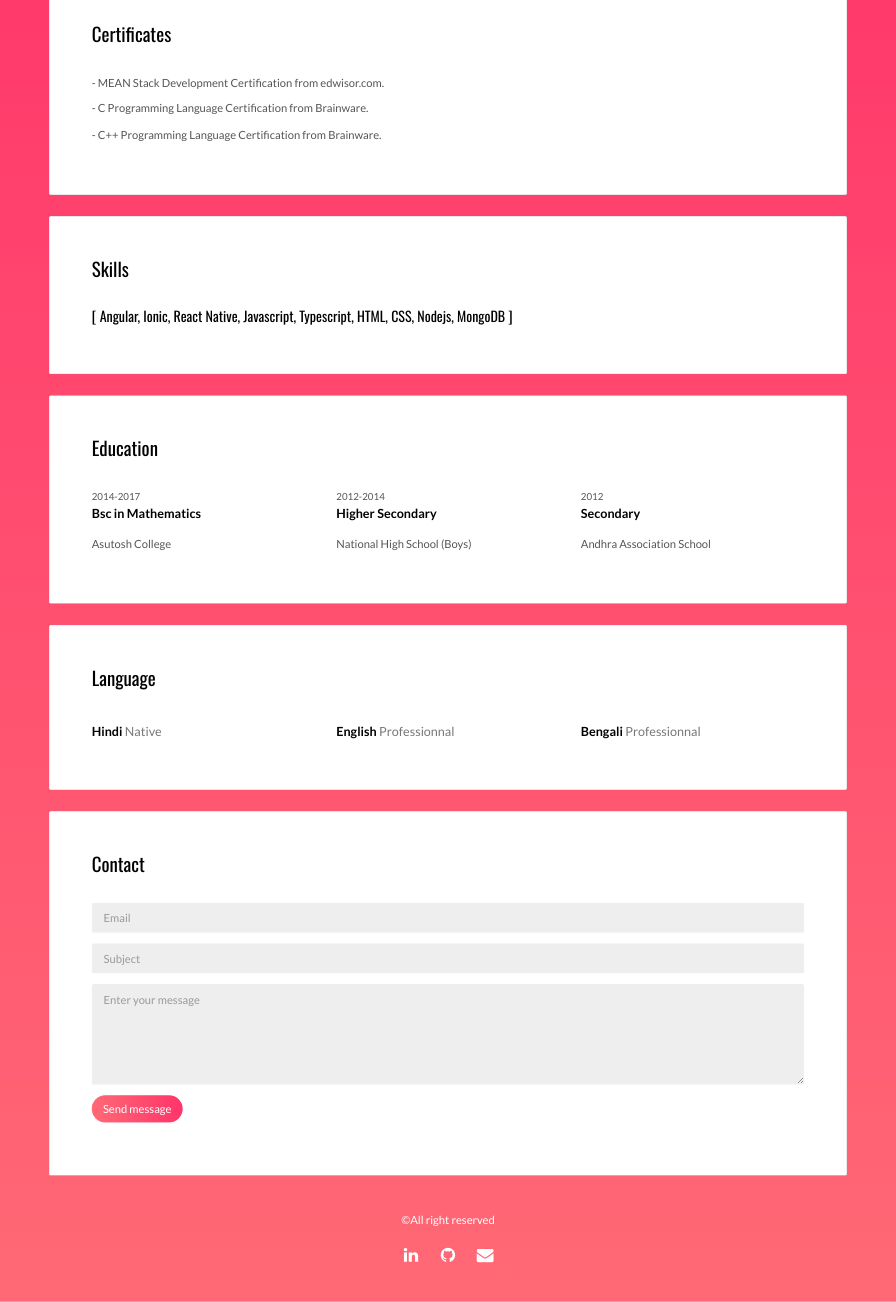
Repository: Ankit-singh7/work_with_ankit.github.io
Page: index.html
An editor plug-in stored every save of this project. The page is shown before and after the next save, followed by the edit.
The browser window is 1280 px wide. The pictures show the part of the page from y = 2271 to 4191 px (the page is 4131 px tall before and 4191 px after), at 70% of full size.

Above is the page before, as saved 2021-03-04 00:00:47.

### index.html
<!DOCTYPE html>
<html lang="en">

<head>
  <meta charset="UTF-8">
  <meta content="IE=edge" http-equiv="X-UA-Compatible">
  <meta content="width=device-width,initial-scale=1" name="viewport">
  <meta content="description" name="description">
  <meta name="google" content="notranslate" />
  <meta content="Mashup templates have been developped by Orson.io team" name="author">

  <!-- Disable tap highlight on IE -->
  <meta name="msapplication-tap-highlight" content="no">

  <link rel="apple-touch-icon" sizes="180x180" href="./assets/apple-icon-180x180.png">
  <!-- <link href="./assets/images/img.jpg" rel="icon"> -->

  <title>@nk!t $!ngh</title>

 <link href="./main.d8e0d294.css" rel="stylesheet"></head>

<body class="">

<!-- Add your content of header -->
<div class="background-color-layer" style="background-image: url('assets/images/img-01.jpg')"
></div>
<main class="content-wrapper">
  <header class="white-text-container section-container">
    <div class="text-center">
      <h1>I am Ankit Singh</h1>
      <p>Software Developer</p>
      <p>
        <!-- <a class="fa-icon fa-icon-2x" href="https://facebook.com/" title="">
          <i class="fa fa-facebook"></i>
        </a> -->
        <!-- <a class="fa-icon fa-icon-2x" href="https://twitter.com/" title="">
          <i class="fa fa-twitter"></i>
        </a> -->
        <!-- <a class="fa-icon fa-icon-2x" href="https://dribbble.com/" title="">
          <i class="fa fa-dribbble"></i>
        </a> -->
        <a class="fa-icon fa-icon-2x" href="https://www.linkedin.com/in/ankit-singh-04b976165/" title="">
          <i class="fa fa-linkedin"></i>
        </a>
        <a class="fa-icon fa-icon-2x" href="https://github.com/Ankit-singh7" title="">
          <i class="fa fa-github"></i>
        </a>
        <a class="fa-icon fa-icon-2x" href="mailto:ankit.as2307@gmail.com" title="">
          <i class="fa fa-envelope"></i>
        </a>
        <!-- <a class="fa-icon fa-icon-2x" href="https://vimeo.com/" title="">
          <i class="fa fa-vimeo"></i>
        </a> -->
      </p>
    </div>
  </header>



<!-- Add your site or app content here -->

 <div class="container">
   <div class="row">
     <div class="col-xs-12">

        <div class="card">
          <div class="card-block">
            <h2>About me</h2>
            <div class="row">
              <div class="col-md-4">
                <p><img src="./assets/images/img.jpg" class="img-responsive" alt=""></p>
              </div>
              <div class="col-md-8">

              <p>Software Developer with 2+ years of experience in web development and hybrid mobile application development using Angular, Ionic and React Native.</p>
              <p>A technology enthusiast with a keen
                interest in problem solving with years of
                experience in Frontend Development and
                Hybrid Mobile App Development.</p>

              </div>
            </div>
          </div>
        </div>

        <!-- <div class="card">
          <div class="card-block">
            <h2>Projects</h2>
            <div class="row">
              <div class="col-md-4">
                <img src="./assets/images/img-02.jpg" class="img-responsive" alt="">
                <h3 class="h5">Amelia App</h3>
                <p>June 2017</p>
              </div>
              <div class="col-md-4">
                <img src="./assets/images/img-03.jpg" class="img-responsive" alt="">
                <h3 class="h5">Portland</h3>
                <p>March 2017</p>
              </div>
              <div class="col-md-4">
                <img src="./assets/images/img-04.jpg" class="img-responsive" alt="">
                <h3 class="h5">Denz for Nilon</h3>
                <p>Jan 2017</p>
              </div>
            </div>
          </div>
        </div> -->

        <div class="card">
          <div class="card-block">
            <h2>Projects</h2>
            <div id="carousel-example-generic" class="carousel slide" data-ride="carousel">


            <!-- Wrapper for slides -->
            <div class="carousel-inner" role="listbox">
              <div class="item active">
                <img src="./assets/images/ref.png" class="img-responsive" alt="...">
                <div class="carousel-caption">
                  <h3 class="h5">REF App (Made with Ionic)</h3>
                  <h4>Employer - Techpro Studio</h4>
                  <p>11/2020 - 03/2021</p>
                </div>
              </div>
              <div class="item">
                <img src="./assets/images/muni.png" class="img-responsive" alt="...">
                <div class="carousel-caption">
                  <h3 class="h5">Municipality App (Made with Ionic)</h3>
                  <h4>Freelancing</h4>
                  <p>08/2019 - 01/2020</p>
                </div>
              </div>
              <div class="item">
                <img src="./assets/images/engage.png" class="img-responsive" alt="...">
                <div class="carousel-caption">
                  <h3 class="h5">Engage Local (Made with Ionic)</h3>
                  <h4>Employer - Techpro Studio</h4>
                  <p>12/2019 - 05/2020</p>
                </div>
              </div>

              <div class="item">
                <img src="./assets/images/Drag.png" class="img-responsive" alt="...">
                <div class="carousel-caption">
                  <h3 class="h5">Drag & Drop Website Builder (Made with grapesjs)</h3>
                  <h4>Employer - Techpro Studio</h4>
                  <p>06/2020 - 03/2021</p>
                </div>
              </div>
              <div class="item">
                <img src="./assets/images/caters.png" class="img-responsive" alt="...">
                <div class="carousel-caption">
                  <h3 class="h5">Caters App (Made with Ionic)</h3>
                  <h4>Employer - Techpro Studio</h4>
                  <p>08/2020 - 01/2021</p>
                </div>
              </div>
            </div>

            <!-- Indicators -->
            <ol class="carousel-indicators">
              <li data-target="#carousel-example-generic" data-slide-to="0" class="active"></li>
              <li data-target="#carousel-example-generic" data-slide-to="1"></li>
              <li data-target="#carousel-example-generic" data-slide-to="2"></li>
              <li data-target="#carousel-example-generic" data-slide-to="3"></li>
              <li data-target="#carousel-example-generic" data-slide-to="4"></li>
            </ol>

          </div>
          </div>
        </div>

        <div class="card">
          <div class="card-block">
            <h2>Work</h2>
            <div class="work-experience">
              <small class="date">03/2019-Present</small>
              <h3 class="h5 date-title">Software developer - <a href="http://en.orson.io" title="Create professionnal website">Techpro Studio</a></h3>


              <p>- Created and apply UI requirements utilizing Angular Framework, Ionic and React Native to create various web applications and hybrid mobile applications.</p>
              <p>- Maintaining and upgrading existing web applications.</p>
              <p>- Worked closely with clients to meet project requirements.</p>
            </div>


          </div>
        </div>
        <div class="card">
          <div class="card-block">
            <h2>Certificates</h2>
            <div class="work-experience">
              <p>- MEAN Stack Development Certification from edwisor.com.</p>
              <p>- C Programming Language Certification from Brainware.</p>
              <p>- C++ Programming Language Certification from Brainware.</p>
            </div>


          </div>
        </div>

        <div class="card">
          <div class="card-block">
            <h2>Skills</h2>
            <div class="work-experience">
              <h3>[ Angular, Ionic, React Native, Javascript, Typescript, HTML, CSS, Nodejs, MongoDB ]</h3>
            </div>


          </div>
        </div>


        <div class="card">
          <div class="card-block">
            <h2>Education</h2>
            <div class="row">
              <div class="col-md-4">
                <div class="education-experience">
                  <small class="date">2014-2017</small>
                  <h3 class="h5 date-title">Bsc in Mathematics</h3>
                  <p>Asutosh College</p>
                </div>

              </div>
              <div class="col-md-4">
                <div class="education-experience">
                  <small class="date">2012-2014</small>
                  <h3 class="h5 date-title">Higher Secondary</h3>
                  <p>National High School (Boys)</p>
                </div>
              </div>
              <div class="col-md-4">
                <div class="education-experience">
                  <small class="date">2012</small>
                  <h3 class="h5 date-title">Secondary</h3>
                  <p>Andhra Association School</p>
                </div>
              </div>
            </div>
          </div>
        </div>

        <div class="card">
          <div class="card-block">
            <h2>Language</h2>
            <div class="row">
              <div class="col-md-4">
                <div class="language-experience">
                  <h3 class="h5">Hindi  <small>Native</small></h3>
                </div>
              </div>
              <div class="col-md-4">
                <div class="language-experience">
                  <h3 class="h5">English  <small>Professionnal</small></h3>
                </div>
              </div>
              <div class="col-md-4">
                <div class="language-experience">
                  <h3 class="h5">Bengali  <small>Professionnal</small></h3>
                </div>
              </div>
            </div>
          </div>
        </div>


        <div class="card">
          <div class="card-block">
            <h2>Contact</h2>
            <form action="" class="reveal-content">
              <div class="form-group">
                <input type="email" class="form-control" id="email" placeholder="Email">
              </div>
              <div class="form-group">
                <input type="text" class="form-control" id="subject" placeholder="Subject">
              </div>
              <div class="form-group">
                <textarea class="form-control" rows="5" placeholder="Enter your message"></textarea>
              </div>
              <div class="form-group">
                <button type="submit" class=" btn btn-primary">Send message</button>
              </div>
            </form>
          </div>
        </div>

     </div>
   </div>
 </div>

</main>
<footer class="footer-container white-text-container text-center">
  <div class="container">
    <div class="row">
      <div class="col-xs-12">
        <!-- <p><img src="./assets/images/mashup-icon.svg" alt=""></p> -->

        <p>©All right reserved</p>
        <p>
          <a class="fa-icon fa-icon-2x" href="https://www.linkedin.com/in/ankit-singh-04b976165/" title="">
            <i class="fa fa-linkedin"></i>
          </a>
          <a class="fa-icon fa-icon-2x" href="https://github.com/Ankit-singh7" title="">
            <i class="fa fa-github"></i>
          </a>
          <a class="fa-icon fa-icon-2x" href="mailto:ankit.as2307@gmail.com" title="">
            <i class="fa fa-envelope"></i>
          </a>
        </p>
      </div>
    </div>
  </div>
</footer>

<script>
  document.addEventListener("DOMContentLoaded", function (event) {
     scrollRevelation('.card');
  });
</script>
<!-- Google Analytics: change UA-XXXXX-X to be your site's ID

<script>
  (function (i, s, o, g, r, a, m) {
    i['GoogleAnalyticsObject'] = r; i[r] = i[r] || function () {
      (i[r].q = i[r].q || []).push(arguments)
    }, i[r].l = 1 * new Date(); a = s.createElement(o),
      m = s.getElementsByTagName(o)[0]; a.async = 1; a.src = g; m.parentNode.insertBefore(a, m)
  })(window, document, 'script', '//www.google-analytics.com/analytics.js', 'ga');
  ga('create', 'UA-XXXXX-X', 'auto');
  ga('send', 'pageview');
</script>

--><script type="text/javascript" src="./main.bc58148c.js"></script></body>

</html>

Loaded but not shown: main.d8e0d294.css (library); main.bc58148c.js (library)

After the next save:
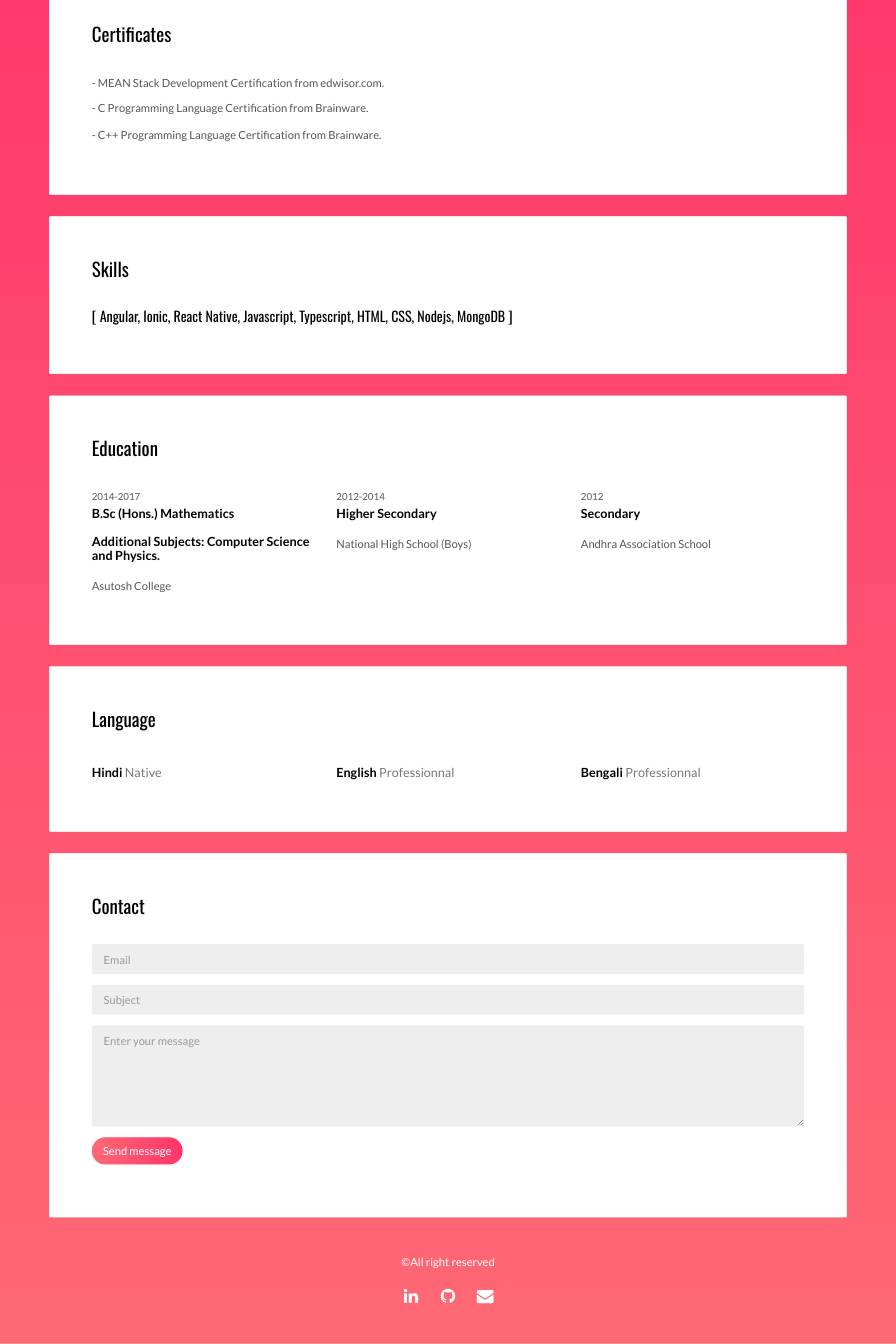
Saved 14 min 53 s later.
--- a/index.html
+++ b/index.html
@@ -13,9 +13,9 @@
   <meta name="msapplication-tap-highlight" content="no">
 
   <link rel="apple-touch-icon" sizes="180x180" href="./assets/apple-icon-180x180.png">
-  <!-- <link href="./assets/images/img.jpg" rel="icon"> -->
-
-  <title>@nk!t $!ngh</title>
+  <link href="./assets/images/img.jpg" rel="icon">
+
+  <title>@nk!t $!ngh | Software Developer</title>
 
  <link href="./main.d8e0d294.css" rel="stylesheet"></head>
 
@@ -218,7 +218,8 @@
               <div class="col-md-4">
                 <div class="education-experience">
                   <small class="date">2014-2017</small>
-                  <h3 class="h5 date-title">Bsc in Mathematics</h3>
+                  <h3 class="h5 date-title">B.Sc (Hons.) Mathematics</h3>
+                  <h2 class="h5 date-title">Additional Subjects: Computer Science and Physics.</h2>
                   <p>Asutosh College</p>
                 </div>
 
